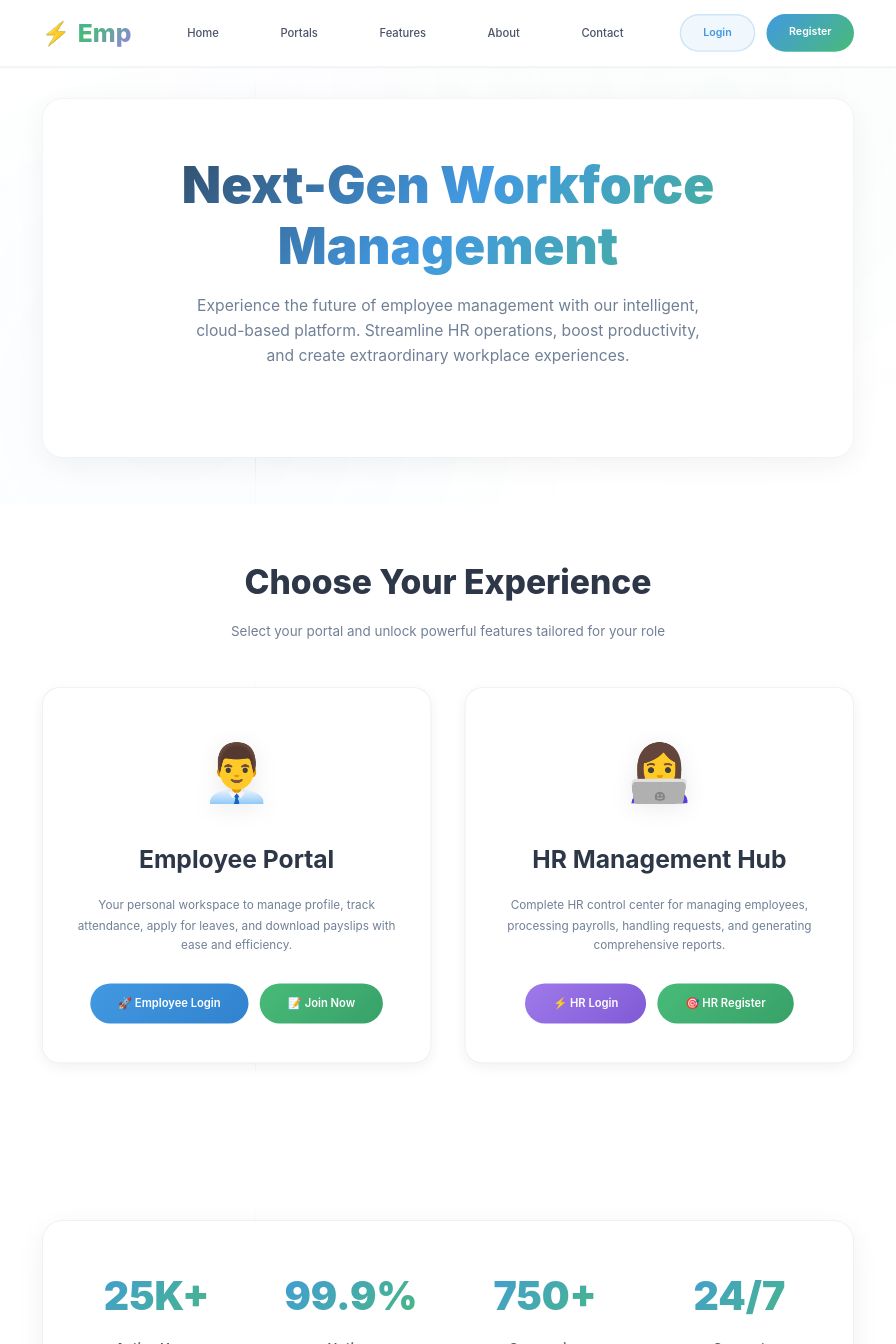
Repository: Shwetannarkhede/EmployeeHub
Page: EmployeeManagemntSystem/src/main/webapp/Home.html
These files come from the project's save history. The page is drawn as it stood at one moment and after the next save; the edit follows.
The browser window is 1280 px wide. The pictures show the part of the page from y = 0 to 1920 px (the page is 3475 px tall), at 70% of full size.

Above is the page before, as saved 2025-09-23 15:59:10.

### EmployeeManagemntSystem/src/main/webapp/Home.html
<!DOCTYPE html>
<html lang="en">
<head>
    <meta charset="UTF-8">
    <meta name="viewport" content="width=device-width, initial-scale=1.0">
    <title>EmpFlow - Modern Employee Management</title>
    <link rel="stylesheet" href="home.css">
</head>
<body>
    <header>
        <nav class="container">
            <a href="#" class="logo">Emp</a>
            <ul class="nav-links">
                <li><a href="Home.html">Home</a></li>
                <li><a href="#portals">Portals</a></li>
                <li><a href="#features">Features</a></li>
                <li><a href="about.html">About</a></li>
                <li><a href="contact.html">Contact</a></li>
            </ul>
            <div class="auth-buttons">
                <a href="login.html" class="btn-nav btn-login">Login</a>
                <a href="Registration.html" class="btn-nav btn-register">Register</a>
            </div>
            <button class="mobile-menu">☰</button>
        </nav>
    </header>

    <main class="container">
        <section class="hero" id="home">
            <h1>Next-Gen Workforce Management</h1>
            <p class="hero-subtitle">Experience the future of employee management with our intelligent, cloud-based platform. Streamline HR operations, boost productivity, and create extraordinary workplace experiences.</p>
        </section>

        <section class="portal-section" id="portals">
            <h2>Choose Your Experience</h2>
            <p class="portal-subtitle">Select your portal and unlock powerful features tailored for your role</p>

            <div class="portal-grid">
                <div class="portal-card">
                    <span class="portal-icon">👨‍💼</span>
                    <h3>Employee Portal</h3>
                    <p>Your personal workspace to manage profile, track attendance, apply for leaves, and download payslips with ease and efficiency.</p>
                    <div class="card-buttons">
                        <a href="login.html" class="btn btn-primary">🚀 Employee Login</a>
                        <a href="Registration.html" class="btn btn-secondary">📝 Join Now</a>
                    </div>
                </div>

                <div class="portal-card">
                    <span class="portal-icon">👩‍💻</span>
                    <h3>HR Management Hub</h3>
                    <p>Complete HR control center for managing employees, processing payrolls, handling requests, and generating comprehensive reports.</p>
                    <div class="card-buttons">
                        <a href="login.html" class="btn btn-accent">⚡ HR Login</a>
                        <a href="Registration.html" class="btn btn-secondary">🎯 HR Register</a>
                    </div>
                </div>
            </div>
        </section>

        <section class="stats">
            <div class="stats-grid">
                <div class="stat-item">
                    <h3>25K+</h3>
                    <p>Active Users</p>
                </div>
                <div class="stat-item">
                    <h3>99.9%</h3>
                    <p>Uptime</p>
                </div>
                <div class="stat-item">
                    <h3>750+</h3>
                    <p>Companies</p>
                </div>
                <div class="stat-item">
                    <h3>24/7</h3>
                    <p>Support</p>
                </div>
            </div>
        </section>

        <section class="features" id="features">
            <h2>Powerful Features</h2>
            <p class="features-subtitle">Everything you need for modern workforce management</p>

            <div class="features-container">
                <div class="feature-section">
                    <div class="section-header">
                        <span class="section-icon">👤</span>
                        <h3 class="section-title">Employee Features</h3>
                    </div>
                    <ul class="feature-list">
                        <li><a href="login.html">Personal Profile Management</a></li>
                        <li>Leave Application System</li>
                        <li>Attendance Tracking & Reports</li>
                        <li>Payslip Download Portal</li>
                        <li>Performance Dashboard</li>
                        <li>Document Management</li>
                    </ul>
                </div>

                <div class="feature-section">
                    <div class="section-header">
                        <span class="section-icon">⚙</span>
                        <h3 class="section-title">HR Management</h3>
                    </div>
                    <ul class="feature-list">
                        <li><a href="directory">Complete Employee Directory</a></li>
                        <li>Advanced Leave Management</li>
                        <li>Automated Payroll Processing</li>
                        <li>Comprehensive Attendance System</li>
                        <li>Recruitment & Onboarding</li>

                    </ul>
                </div>
            </div>
        </section>
    </main>

    <footer>
        <div class="container">
            <div class="footer-content">
                <div class="footer-section">
                    <h4>EmpFlow</h4>
                    <p>Revolutionizing workforce management with cutting-edge technology and intuitive design.</p>
                </div>
                <div class="footer-section">
                    <h4>Quick Links</h4>
                    <p><a href="#home">Home</a></p>
                    <p><a href="#portals">Portals</a></p>
                    <p><a href="#features">Features</a></p>
                    <p><a href="#contact">Contact</a></p>
                </div>
                <div class="footer-section">
                    <h4>Support</h4>
                    <p><a href="#">Help Center</a></p>
                    <p><a href="#">Documentation</a></p>
                    <p><a href="#">Live Chat</a></p>
                    <p><a href="#">Privacy Policy</a></p>
                </div>
                <div class="footer-section">
                    <h4>Connect</h4>
                    <p><a href="#">LinkedIn</a></p>
                    <p><a href="#">Twitter</a></p>
                    <p><a href="#">Facebook</a></p>
                    <p><a href="#">Instagram</a></p>
                </div>
            </div>
            <div class="footer-bottom">
                <p>&copy; 2025 Emp. All rights reserved. | Empowering the future of work.</p>
            </div>
        </div>
    </footer>


</body>
</html>

### EmployeeManagemntSystem/src/main/webapp/home.css
* {
    margin: 0;
    padding: 0;
    box-sizing: border-box;
}

body {
    font-family: 'Inter', -apple-system, BlinkMacSystemFont, 'Segoe UI', sans-serif;
    line-height: 1.6;
    color: #2d3748;
    background: #ffffff;
    min-height: 100vh;
    position: relative;
    overflow-x: hidden;
}

body::before {
    content: '';
    position: fixed;
    top: 0;
    left: 0;
    width: 100%;
    height: 100%;
    background: radial-gradient(circle at 20% 80%, rgba(66, 153, 225, 0.03) 0%, transparent 50%),
                radial-gradient(circle at 80% 20%, rgba(72, 187, 120, 0.03) 0%, transparent 50%),
                radial-gradient(circle at 40% 40%, rgba(159, 122, 234, 0.02) 0%, transparent 50%);
    z-index: -1;
}

.container {
    max-width: 1200px;
    margin: 0 auto;
    padding: 0 20px;
}

/* Header */
header {
    background: rgba(255, 255, 255, 0.98);
    backdrop-filter: blur(20px);
    border-bottom: 1px solid rgba(226, 232, 240, 0.8);
    padding: 1.2rem 0;
    position: fixed;
    width: 100%;
    top: 0;
    z-index: 1000;
    transition: all 0.3s cubic-bezier(0.4, 0, 0.2, 1);
    box-shadow: 0 1px 3px rgba(0, 0, 0, 0.08);
}

nav {
    display: flex;
    justify-content: space-between;
    align-items: center;
}

.logo {
    font-size: 2.2rem;
    font-weight: 800;
    color: #2d3748;
    text-decoration: none;
    display: flex;
    align-items: center;
    gap: 0.7rem;
    background: linear-gradient(135deg, #4299e1, #48bb78, #9f7aea);
    -webkit-background-clip: text;
    -webkit-text-fill-color: transparent;
    background-clip: text;
}

.logo::before {
    content: "⚡";
    font-size: 2rem;
    -webkit-text-fill-color: #4299e1;
}

.nav-links {
    display: flex;
    list-style: none;
    gap: 2.5rem;
}

.nav-links a {
    color: #4a5568;
    text-decoration: none;
    transition: all 0.3s ease;
    padding: 0.7rem 1.5rem;
    border-radius: 50px;
    font-weight: 500;
    position: relative;
}

.nav-links a::before {
    content: '';
    position: absolute;
    top: 0;
    left: 0;
    width: 100%;
    height: 100%;
    background: linear-gradient(135deg, rgba(66, 153, 225, 0.08), rgba(72, 187, 120, 0.08));
    border-radius: 50px;
    opacity: 0;
    transition: opacity 0.3s ease;
}

.nav-links a:hover::before {
    opacity: 1;
}

.nav-links a:hover {
    color: #2d3748;
    transform: translateY(-2px);
}

.auth-buttons {
    display: flex;
    gap: 1rem;
}

.btn-nav {
    padding: 0.8rem 2rem;
    border-radius: 50px;
    text-decoration: none;
    font-weight: 600;
    transition: all 0.3s cubic-bezier(0.4, 0, 0.2, 1);
    border: none;
    cursor: pointer;
    font-size: 0.95rem;
}

.btn-login {
    background: rgba(66, 153, 225, 0.08);
    color: #4299e1;
    border: 2px solid rgba(66, 153, 225, 0.2);
}

.btn-register {
    background: linear-gradient(135deg, #4299e1, #48bb78);
    color: #fff;
}

.btn-nav:hover {
    transform: translateY(-3px);
    box-shadow: 0 10px 25px rgba(0, 0, 0, 0.12);
}

.btn-login:hover {
    background: rgba(66, 153, 225, 0.15);
    border-color: rgba(66, 153, 225, 0.4);
}

/* Hero Section */
.hero {
    background: #ffffff;
    margin: 140px auto 60px;
    border-radius: 30px;
    padding: 5rem 3rem;
    text-align: center;
    border: 1px solid rgba(226, 232, 240, 0.6);
    animation: fadeInUp 1.2s cubic-bezier(0.4, 0, 0.2, 1);
    position: relative;
    overflow: hidden;
    box-shadow: 0 10px 40px rgba(0, 0, 0, 0.05);
}

.hero::before {
    content: '';
    position: absolute;
    top: 0;
    left: 0;
    width: 100%;
    height: 100%;
    background: linear-gradient(135deg, rgba(66, 153, 225, 0.02), rgba(72, 187, 120, 0.02), rgba(159, 122, 234, 0.01));
    border-radius: 30px;
    z-index: -1;
}

.hero h1 {
    font-size: 4.5rem;
    font-weight: 900;
    margin-bottom: 1.5rem;
    background: linear-gradient(135deg, #2d3748, #4299e1, #48bb78);
    -webkit-background-clip: text;
    -webkit-text-fill-color: transparent;
    background-clip: text;
    line-height: 1.2;
    animation: pulse 3s ease-in-out infinite;
}

.hero-subtitle {
    font-size: 1.4rem;
    color: #718096;
    margin-bottom: 3rem;
    max-width: 750px;
    margin-left: auto;
    margin-right: auto;
    font-weight: 400;
    line-height: 1.6;
}

/* Portal Selection */
.portal-section {
    padding: 5rem 0;
}

.portal-section h2 {
    text-align: center;
    font-size: 3rem;
    font-weight: 800;
    margin-bottom: 1rem;
    color: #2d3748;
}

.portal-subtitle {
    text-align: center;
    color: #718096;
    font-size: 1.2rem;
    margin-bottom: 4rem;
}

.portal-grid {
    display: grid;
    grid-template-columns: repeat(auto-fit, minmax(400px, 1fr));
    gap: 3rem;
    margin-bottom: 5rem;
}

.portal-card {
    background: #ffffff;
    border-radius: 25px;
    padding: 3.5rem 2.5rem;
    text-align: center;
    border: 1px solid rgba(226, 232, 240, 0.8);
    transition: all 0.4s cubic-bezier(0.4, 0, 0.2, 1);
    position: relative;
    overflow: hidden;
    box-shadow: 0 5px 20px rgba(0, 0, 0, 0.06);
}

.portal-card::before {
    content: '';
    position: absolute;
    top: -2px;
    left: -2px;
    right: -2px;
    bottom: -2px;
    background: linear-gradient(135deg, #4299e1, #48bb78, #9f7aea);
    border-radius: 25px;
    z-index: -2;
    opacity: 0;
    transition: opacity 0.4s ease;
}

.portal-card::after {
    content: '';
    position: absolute;
    top: 0;
    left: 0;
    right: 0;
    bottom: 0;
    background: #ffffff;
    border-radius: 25px;
    z-index: -1;
}

.portal-card:hover {
    transform: translateY(-15px);
    box-shadow: 0 20px 40px rgba(0, 0, 0, 0.12);
}

.portal-card:hover::before {
    opacity: 1;
}

.portal-icon {
    font-size: 5rem;
    margin-bottom: 2rem;
    display: block;
    filter: drop-shadow(0 5px 15px rgba(0, 0, 0, 0.08));
}

.portal-card h3 {
    font-size: 2.2rem;
    font-weight: 700;
    margin-bottom: 1.5rem;
    color: #2d3748;
}

.portal-card p {
    color: #718096;
    margin-bottom: 2.5rem;
    line-height: 1.7;
    font-size: 1.05rem;
}

.card-buttons {
    display: flex;
    gap: 1rem;
    justify-content: center;
    flex-wrap: wrap;
}

.btn {
    padding: 1rem 2.5rem;
    border-radius: 50px;
    text-decoration: none;
    font-weight: 600;
    transition: all 0.3s cubic-bezier(0.4, 0, 0.2, 1);
    border: none;
    cursor: pointer;
    font-size: 1rem;
    position: relative;
    overflow: hidden;
}

.btn::before {
    content: '';
    position: absolute;
    top: 0;
    left: -100%;
    width: 100%;
    height: 100%;
    background: linear-gradient(90deg, transparent, rgba(255, 255, 255, 0.3), transparent);
    transition: left 0.5s ease;
}

.btn:hover::before {
    left: 100%;
}

.btn-primary {
    background: linear-gradient(135deg, #4299e1, #3182ce);
    color: #fff;
}

.btn-secondary {
    background: linear-gradient(135deg, #48bb78, #38a169);
    color: #fff;
}

.btn-accent {
    background: linear-gradient(135deg, #9f7aea, #805ad5);
    color: #fff;
}

.btn:hover {
    transform: translateY(-3px);
    box-shadow: 0 10px 25px rgba(0, 0, 0, 0.12);
}

/* Features Section */
.features {
    padding: 5rem 0;
}

.features h2 {
    text-align: center;
    font-size: 3rem;
    font-weight: 800;
    margin-bottom: 1rem;
    color: #2d3748;
}

.features-subtitle {
    text-align: center;
    color: #718096;
    font-size: 1.2rem;
    margin-bottom: 4rem;
}

.features-container {
    display: grid;
    grid-template-columns: repeat(auto-fit, minmax(350px, 1fr));
    gap: 2.5rem;
}

.feature-section {
    background: #ffffff;
    border-radius: 25px;
    padding: 3rem 2.5rem;
    border: 1px solid rgba(226, 232, 240, 0.8);
    transition: all 0.4s ease;
    box-shadow: 0 5px 20px rgba(0, 0, 0, 0.06);
}

.feature-section:hover {
    transform: translateY(-8px);
    background: #ffffff;
    box-shadow: 0 15px 35px rgba(0, 0, 0, 0.1);
    border-color: rgba(66, 153, 225, 0.2);
}

.section-header {
    display: flex;
    align-items: center;
    gap: 1.5rem;
    margin-bottom: 2rem;
}

.section-icon {
    font-size: 3rem;
    filter: drop-shadow(0 3px 10px rgba(0, 0, 0, 0.08));
}

.section-title {
    font-size: 1.8rem;
    font-weight: 700;
    color: #2d3748;
}

.feature-list {
    list-style: none;
}

.feature-list li {
    color: #4a5568;
    padding: 1rem 0;
    border-bottom: 1px solid rgba(226, 232, 240, 0.5);
    transition: all 0.3s ease;
    display: flex;
    align-items: center;
    gap: 1rem;
    font-size: 1.05rem;
}

.feature-list li:last-child {
    border-bottom: none;
}

.feature-list li:hover {
    color: #2d3748;
    padding-left: 1.5rem;
    background: rgba(66, 153, 225, 0.05);
    border-radius: 10px;
}

.feature-list li::before {
    content: "✨";
    font-size: 1.2rem;
    min-width: 1.5rem;
}

/* Stats Section */
.stats {
    background: #ffffff;
    border-radius: 30px;
    padding: 4rem 3rem;
    margin: 4rem auto;
    border: 1px solid rgba(226, 232, 240, 0.8);
    position: relative;
    overflow: hidden;
    box-shadow: 0 10px 40px rgba(0, 0, 0, 0.06);
}

.stats::before {
    content: '';
    position: absolute;
    top: 0;
    left: 0;
    width: 100%;
    height: 100%;
    background: linear-gradient(135deg, rgba(66, 153, 225, 0.02), rgba(72, 187, 120, 0.02));
    z-index: -1;
}

.stats-grid {
    display: grid;
    grid-template-columns: repeat(auto-fit, minmax(200px, 1fr));
    gap: 3rem;
    text-align: center;
}

.stat-item {
    transition: all 0.3s ease;
}

.stat-item:hover {
    transform: scale(1.08);
}

.stat-item h3 {
    font-size: 3.5rem;
    font-weight: 900;
    margin-bottom: 0.8rem;
    background: linear-gradient(135deg, #4299e1, #48bb78);
    -webkit-background-clip: text;
    -webkit-text-fill-color: transparent;
    background-clip: text;
}

.stat-item p {
    color: #4a5568;
    font-size: 1.2rem;
    font-weight: 600;
}

/* Footer */
footer {
    background: rgba(45, 55, 72, 0.98);
    color: #fff;
    padding: 4rem 0 2rem;
    border-top: 1px solid rgba(226, 232, 240, 0.2);
    margin-top: 5rem;
}

.footer-content {
    display: grid;
    grid-template-columns: repeat(auto-fit, minmax(250px, 1fr));
    gap: 3rem;
    margin-bottom: 3rem;
}

.footer-section h4 {
    color: #4299e1;
    margin-bottom: 1.5rem;
    font-size: 1.3rem;
    font-weight: 700;
}

.footer-section p, .footer-section a {
    color: rgba(255, 255, 255, 0.8);
    text-decoration: none;
    line-height: 2;
    transition: color 0.3s ease;
}

.footer-section a:hover {
    color: #48bb78;
}

.footer-bottom {
    text-align: center;
    padding-top: 2rem;
    border-top: 1px solid rgba(255, 255, 255, 0.1);
    color: rgba(255, 255, 255, 0.6);
}

/* Modal Styles */
.modal {
    display: none;
    position: fixed;
    z-index: 2000;
    left: 0;
    top: 0;
    width: 100%;
    height: 100%;
    background: rgba(45, 55, 72, 0.8);
    backdrop-filter: blur(10px);
}

.modal-content {
    background: #ffffff;
    margin: 5% auto;
    padding: 3rem;
    border-radius: 25px;
    width: 90%;
    max-width: 450px;
    position: relative;
    animation: slideIn 0.4s cubic-bezier(0.4, 0, 0.2, 1);
    border: 1px solid rgba(226, 232, 240, 0.8);
    box-shadow: 0 20px 60px rgba(0, 0, 0, 0.15);
}

.close {
    position: absolute;
    right: 1.5rem;
    top: 1.5rem;
    font-size: 2rem;
    cursor: pointer;
    color: #718096;
    transition: color 0.3s ease;
}

.close:hover {
    color: #4299e1;
}

.modal h2 {
    color: #2d3748;
    margin-bottom: 2rem;
    font-size: 1.8rem;
    font-weight: 700;
}

.form-group {
    margin-bottom: 1.5rem;
}

.form-group label {
    display: block;
    margin-bottom: 0.8rem;
    color: #2d3748;
    font-weight: 600;
}

.form-group input, .form-group select {
    width: 100%;
    padding: 1rem;
    border: 2px solid rgba(226, 232, 240, 0.8);
    border-radius: 15px;
    font-size: 1rem;
    transition: border-color 0.3s ease;
    background: #ffffff;
    color: #2d3748;
}

.form-group input:focus, .form-group select:focus {
    outline: none;
    border-color: #4299e1;
    box-shadow: 0 0 0 3px rgba(66, 153, 225, 0.1);
}

.form-submit {
    width: 100%;
    padding: 1.2rem;
    background: linear-gradient(135deg, #4299e1, #48bb78);
    color: white;
    border: none;
    border-radius: 15px;
    font-size: 1.1rem;
    font-weight: 600;
    cursor: pointer;
    transition: all 0.3s ease;
}

.form-submit:hover {
    transform: translateY(-2px);
    box-shadow: 0 10px 25px rgba(0, 0, 0, 0.12);
}

/* Animations */
@keyframes fadeInUp {
    from {
        opacity: 0;
        transform: translateY(40px);
    }
    to {
        opacity: 1;
        transform: translateY(0);
    }
}

@keyframes pulse {
    0%, 100% { transform: scale(1); }
    50% { transform: scale(1.02); }
}

@keyframes slideIn {
    from {
        opacity: 0;
        transform: translateY(-50px) scale(0.9);
    }
    to {
        opacity: 1;
        transform: translateY(0) scale(1);
    }
}

/* Responsive Design */
@media (max-width: 768px) {
    .nav-links {
        display: none;
    }

    .hero {
        padding: 3rem 2rem;
        margin: 120px auto 40px;
    }

    .hero h1 {
        font-size: 3rem;
    }

    .portal-grid {
        grid-template-columns: 1fr;
        gap: 2rem;
    }

    .portal-card {
        padding: 2.5rem 2rem;
    }

    .card-buttons {
        flex-direction: column;
    }

    .features-container {
        grid-template-columns: 1fr;
    }

    .stats-grid {
        grid-template-columns: repeat(2, 1fr);
        gap: 2rem;
    }

    .auth-buttons {
        flex-direction: column;
        gap: 0.5rem;
    }

    .btn-nav {
        padding: 0.7rem 1.5rem;
        font-size: 0.9rem;
    }
}

@media (max-width: 480px) {
    .hero h1 {
        font-size: 2.5rem;
    }

    .stats-grid {
        grid-template-columns: 1fr;
    }

    .portal-card {
        padding: 2rem 1.5rem;
    }

    .feature-section {
        padding: 2rem 1.5rem;
    }
}

.mobile-menu {
    display: none;
    background: none;
    border: none;
    color: #4a5568;
    font-size: 1.8rem;
    cursor: pointer;
}

@media (max-width: 768px) {
    .mobile-menu {
        display: block;
    }
}

After the next save:
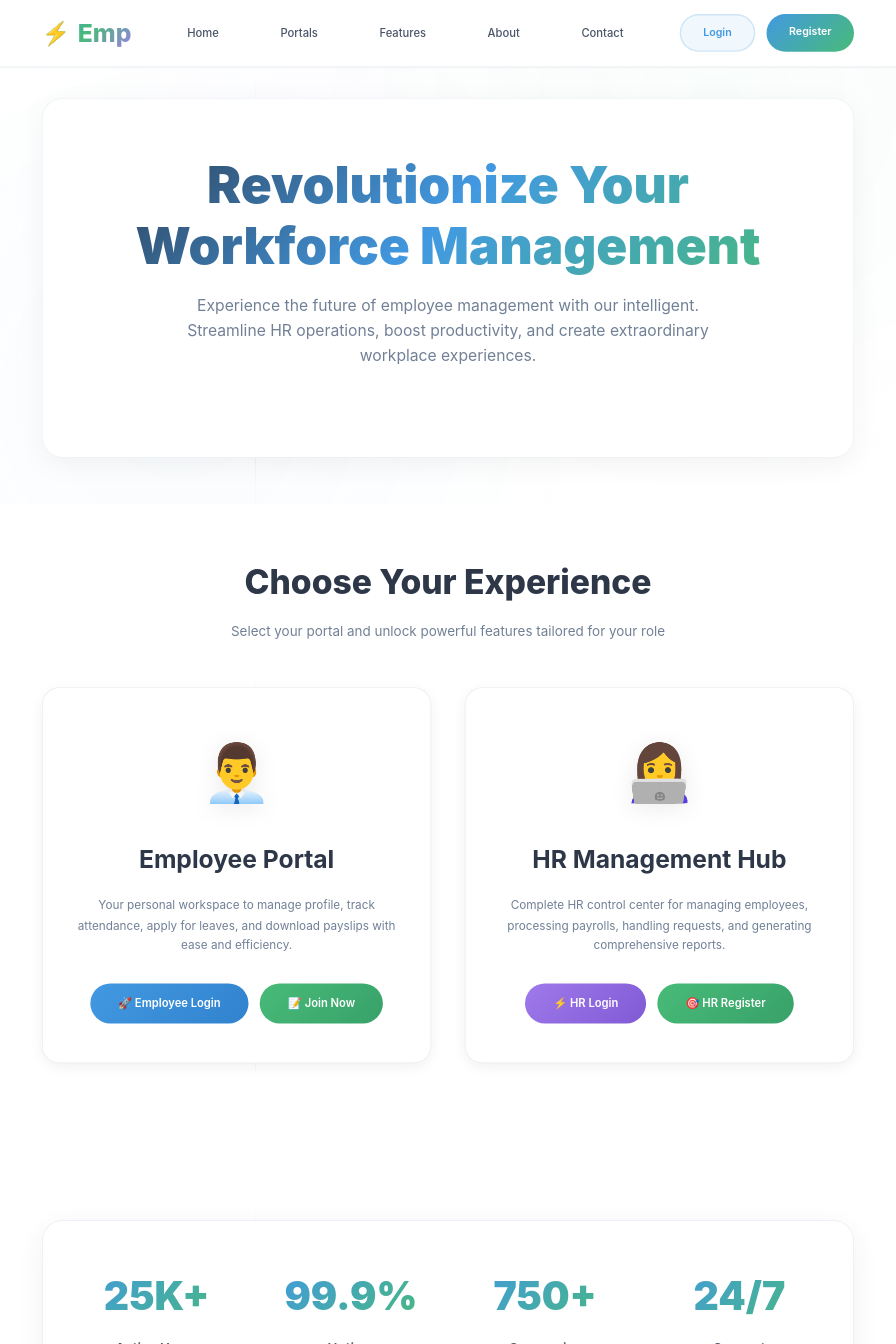
Saved 36 s later.
--- a/EmployeeManagemntSystem/src/main/webapp/Home.html
+++ b/EmployeeManagemntSystem/src/main/webapp/Home.html
@@ -27,8 +27,8 @@
 
     <main class="container">
         <section class="hero" id="home">
-            <h1>Next-Gen Workforce Management</h1>
-            <p class="hero-subtitle">Experience the future of employee management with our intelligent, cloud-based platform. Streamline HR operations, boost productivity, and create extraordinary workplace experiences.</p>
+             <h1>Revolutionize Your Workforce Management</h1>
+            <p class="hero-subtitle">Experience the future of employee management with our intelligent. Streamline HR operations, boost productivity, and create extraordinary workplace experiences.</p>
         </section>
 
         <section class="portal-section" id="portals">
@@ -51,7 +51,7 @@
                     <h3>HR Management Hub</h3>
                     <p>Complete HR control center for managing employees, processing payrolls, handling requests, and generating comprehensive reports.</p>
                     <div class="card-buttons">
-                        <a href="login.html" class="btn btn-accent">⚡ HR Login</a>
+                        <a href="hrlogin.html" class="btn btn-accent">⚡ HR Login</a>
                         <a href="Registration.html" class="btn btn-secondary">🎯 HR Register</a>
                     </div>
                 </div>
